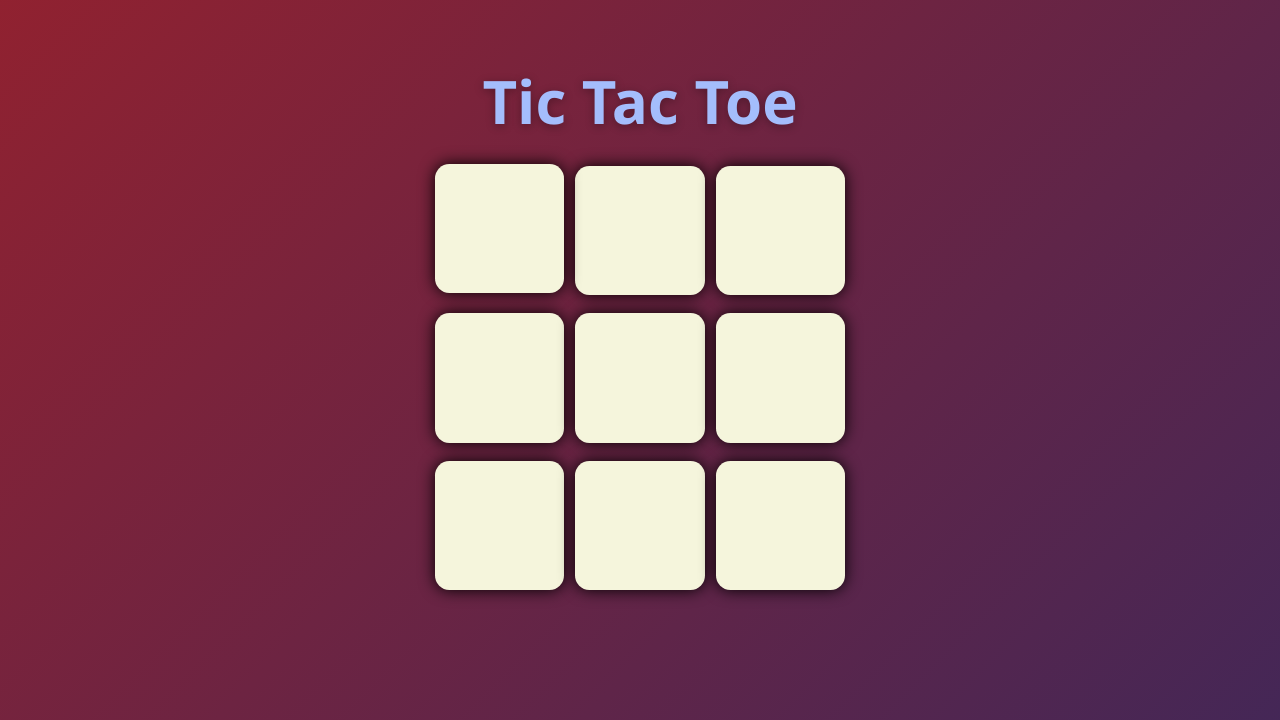
Repository: AreezAnsari/Tic-Tac-Toe
Page: Game/Game.html
These files come from the project's save history. The page is drawn as it stood at one moment and after the next save; the edit follows.
The browser window is 1280 px wide. The pictures show the whole page.
The pointer rests on the first visible `.box`.

Above is the page before, as saved 2025-07-22 07:39:34.
Console error: TypeError: box.addEventListener is not a function

After the next save:
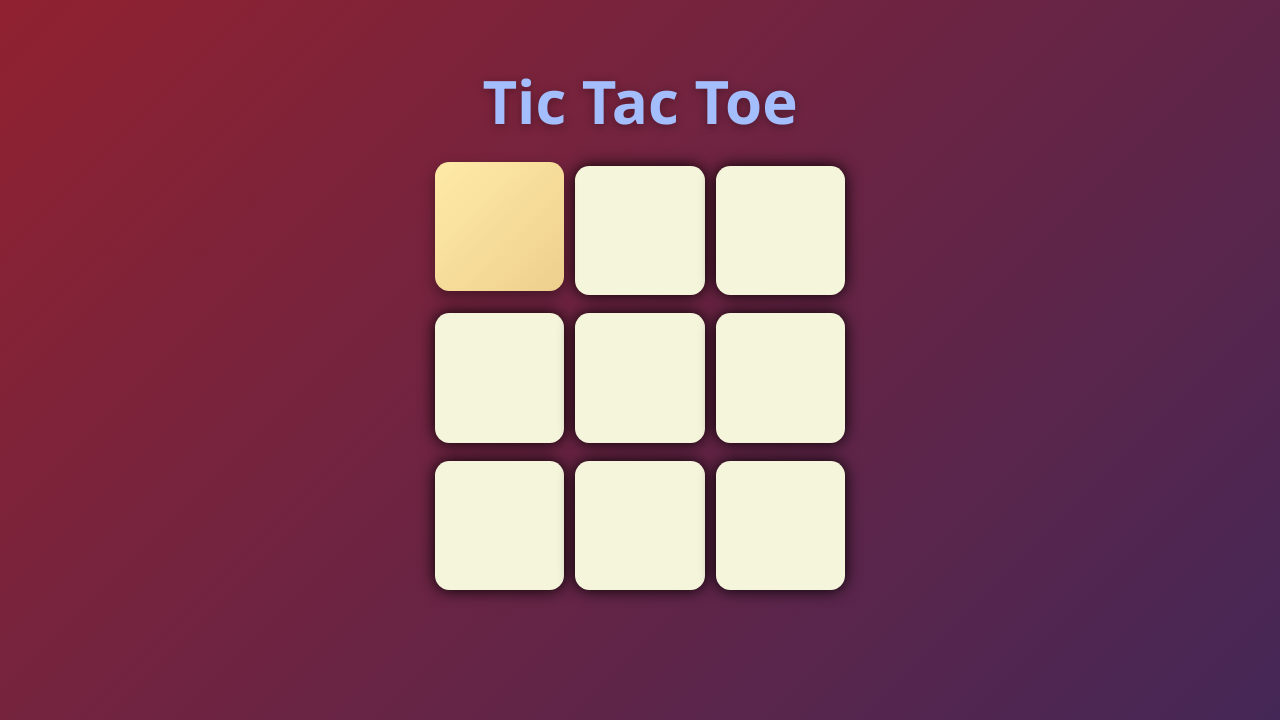
Saved 44 s later.
--- a/Game/Game.css
+++ b/Game/Game.css
@@ -63,12 +63,14 @@
 }
 
 .box:hover {
-  color: #ff0000;
-  transform: translateY(-2px);
+  background: linear-gradient(135deg, #ffeaa7, #eecf8d);
+  color: #e74c3c;
+  transform: translateY(-4px);
+  box-shadow: 0 6px 14px rgba(0, 0, 0, 0.4);
 }
 
 .box:active {
-  transform: scale(0.98);
+  transform: scale(0.96);
 }
 
 .reset-btn,
